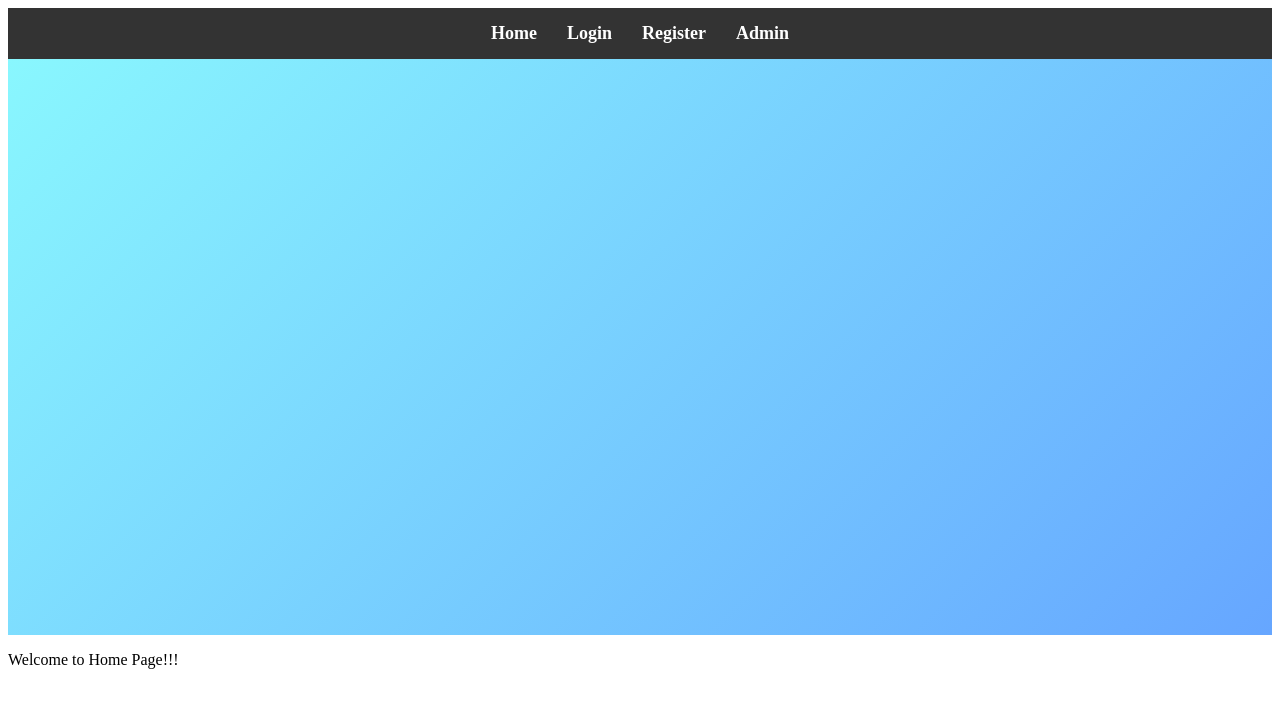
Repository: AhmedIbu/angular-login-app
Page: / (app in angular-login-app/)
The author's editor kept a copy of each file at every save. The page is drawn from the files as they stood at one save, then again after a run of saves.
The browser window is 1280 px wide. The pictures show the whole page.
The project was rebuilt for these pictures with package versions that can differ from the ones it lists, and the page was loaded fresh each time. Also part of the build but not shown: angular-login-app/angular.json, angular-login-app/src/app/login/login.component.ts, angular-login-app/src/app/services/auth.service.ts, angular-login-app/src/app/register/register.component.ts, angular-login-app/src/app/services/user.service.ts, angular-login-app/src/app/admin-dashboard/admin-dashboard.component.ts, angular-login-app/src/app/admin-login/admin-login.component.ts, angular-login-app/src/app/user-dashboard/user-dashboard.component.ts.

Above is the page before, as saved 2025-02-21 11:10:21.

### angular-login-app/src/index.html
<!doctype html>
<html lang="en">
<head>
  <meta charset="utf-8">
  <title>AngularLoginApp</title>
  <base href="/">
  <meta name="viewport" content="width=device-width, initial-scale=1">
  <link rel="icon" type="image/x-icon" href="favicon.ico">
</head>
<body>
  <app-root></app-root>
</body>
</html>

### angular-login-app/src/styles.css
/*  app components css   */

/* Style the navigation bar */
.navbar {
  background: #333;
  padding: 15px;
  text-align: center;
}

/* Style the list */
.nav-list {
  list-style: none;
  padding: 0;
  margin: 0;
  display: flex;
  justify-content: center;
}

/* Style the navigation links */
.nav-list li {
  margin: 0 15px;
}

.nav-link {
  text-decoration: none;
  color: white;
  font-size: 18px;
  font-weight: bold;
  transition: color 0.3s ease-in-out;
}

/* Hover effect */
.nav-link:hover {
  color: #00c8ff;
}

/* Responsive design */
@media (max-width: 600px) {
  .nav-list {
    flex-direction: column;
  }

  .nav-list li {
    margin-bottom: 10px;
  }
}

### angular-login-app/src/main.ts
import { bootstrapApplication } from '@angular/platform-browser';
import { appConfig } from './app/app.config';
import { AppComponent } from './app/app.component';
import { provideHttpClient } from '@angular/common/http';

bootstrapApplication(AppComponent, {
  ...appConfig, // ✅ Spread existing config
  providers: [
    ...appConfig.providers, // ✅ Keep existing providers
    provideHttpClient() // ✅ Ensure HTTP client is provided
  ]
}).catch(err => console.error(err));

### angular-login-app/src/app/app.config.ts
import { ApplicationConfig } from '@angular/core';
import { provideRouter, Routes } from '@angular/router';
import { provideHttpClient } from '@angular/common/http';

// ✅ Import standalone components
import { HomeComponent } from './home/home.component';
import { LoginComponent } from './login/login.component';
import { RegisterComponent } from './register/register.component';
import { AdminDashboardComponent } from './admin-dashboard/admin-dashboard.component';
import { AdminLoginComponent } from './admin-login/admin-login.component';
import { UserDashboardComponent } from './user-dashboard/user-dashboard.component';

// ✅ Define routes
const routes: Routes = [
  { path: '', component: HomeComponent}, // Default route
  { path: 'login', component: LoginComponent },
  { path: 'register', component: RegisterComponent },
  { path: 'admin-login', component: AdminLoginComponent },
  { path: 'user-dashboard', component: UserDashboardComponent },
  { path: 'admin-dashboard', component: AdminDashboardComponent },
  { path: '**', redirectTo: 'user-dashboard' } // Catch-all for unknown routes
];

export const appConfig: ApplicationConfig = {
  providers: [
    provideRouter(routes),
    provideHttpClient()
  ]
};

### angular-login-app/src/app/app.component.ts
import { Component } from '@angular/core';
import { RouterModule } from '@angular/router';

@Component({
  selector: 'app-root',
  standalone: true,
  imports: [RouterModule],
  templateUrl: './app.component.html',
  styleUrls: ['./app.component.css','../styles.css']
})
export class AppComponent { }

### angular-login-app/src/app/home/home.component.ts
import { Component } from '@angular/core';
import { Router } from '@angular/router';

@Component({
  selector: 'app-home',
  standalone: true,
  templateUrl: './home.component.html',
  styleUrls: ['./home.component.css']
})
export class HomeComponent {
  constructor(private router: Router) {}

  navigateToAdminLogin() {
    console.log("Navigating to Admin Login...");
    this.router.navigate(['/admin-login']);
  }
}

### angular-login-app/src/app/app.component.html
<nav class="navbar">
  <ul class="nav-list">
    <li><a routerLink="/" class="nav-link">Home</a></li>
    <li><a routerLink="/login" class="nav-link">Login</a></li>
    <li><a routerLink="/register" class="nav-link">Register</a></li>
    <li><a routerLink="/admin-login" class="nav-link">Admin</a></li>
  </ul>
</nav>

<router-outlet></router-outlet>

### angular-login-app/src/app/home/home.component.html
<div class="home-container"></div>
<p class="home">Welcome to Home Page!!!</p>

### angular-login-app/src/app/home/home.component.css
/* Center the content */
.home-container {
    display: flex;
    justify-content: center;
    align-items: center;
    height: 80vh;
    text-align: center;
    background: linear-gradient(135deg, #89f7fe, #66a6ff);
    color: #fff;
    font-family: 'Arial', sans-serif;
  }

  /* Styling the welcome text */
  .home-container h1 {
    font-size: 2.5rem;
    font-weight: bold;
    text-shadow: 2px 2px 4px rgba(0, 0, 0, 0.2);
    padding: 20px;
    border-radius: 10px;
    background: rgba(0, 0, 0, 0.1);
  }

  /* Add a subtle animation */
  @keyframes fadeIn {
    from {
      opacity: 0;
      transform: translateY(-20px);
    }
    to {
      opacity: 1;
      transform: translateY(0);
    }
  }

  .home-container h1 {
    animation: fadeIn 1s ease-in-out;
  }

Loaded but not shown: angular-login-app/src/app/app.component.css (no stored copy; drawn as an empty file)

After the next 2 saves:
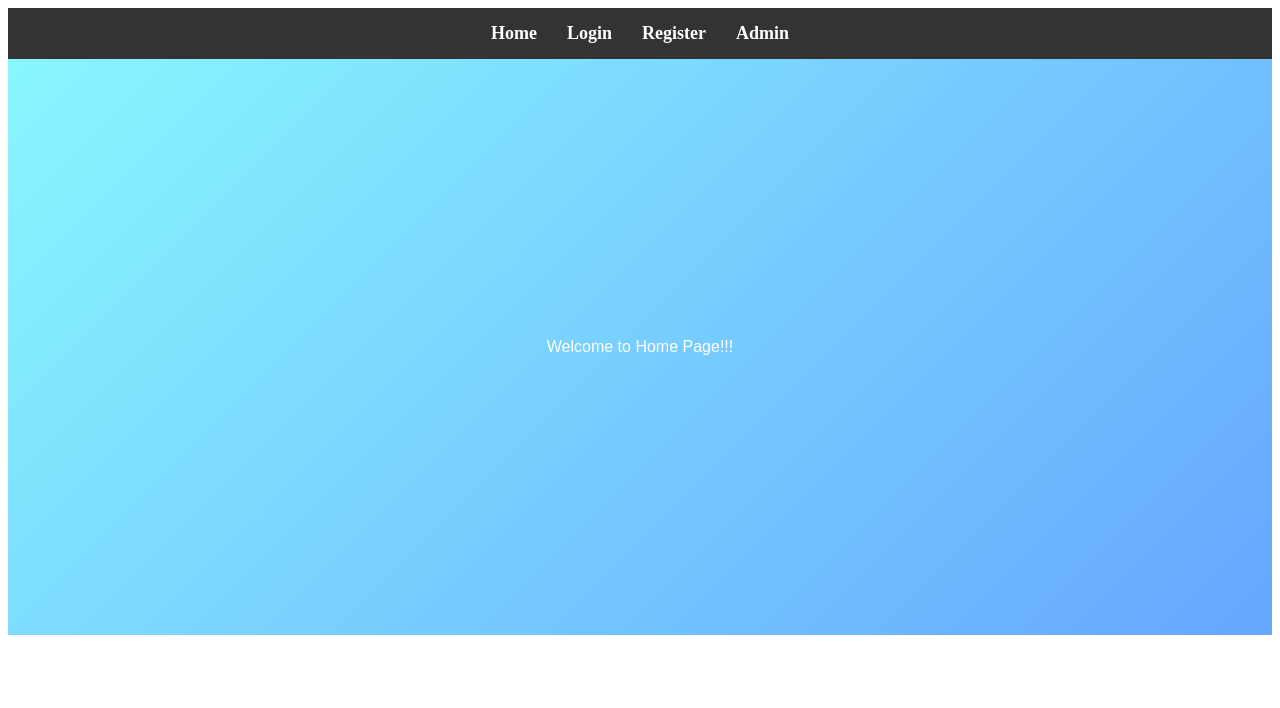
The 2 saves are shown as one change because they came seconds apart.
The last was saved 7 s later.
--- a/angular-login-app/src/app/home/home.component.html
+++ b/angular-login-app/src/app/home/home.component.html
@@ -1,2 +1,3 @@
-<div class="home-container"></div>
+<div class="home-container">
 <p class="home">Welcome to Home Page!!!</p>
+</div>
